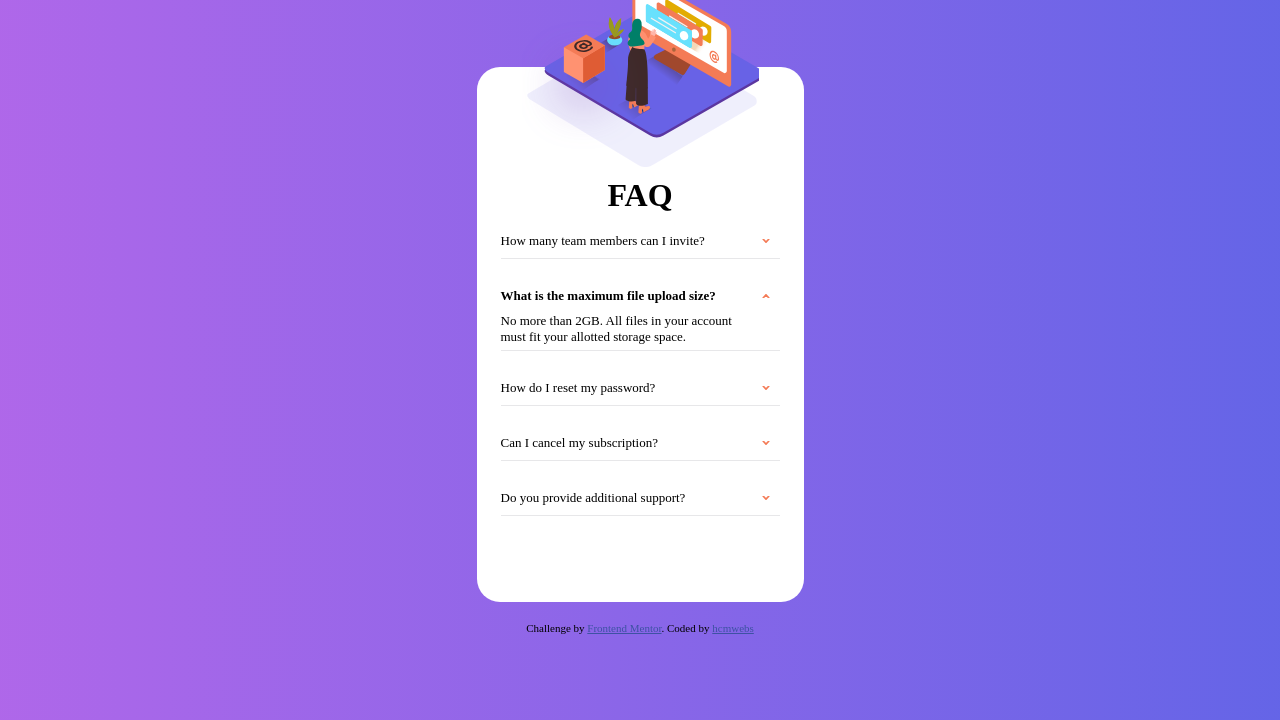
Repository: Hcmwebs/faq-accordion-card
Page: index.html
These files come from the project's save history. The page is drawn as it stood at one moment and after the next save; the edit follows.
The browser window is 1280 px wide. The pictures show the whole page.
The style sheet was rebuilt from its Sass, Less or Tailwind sources for each picture, by a compiler version that may differ from the author's.

Above is the page before, as saved 2020-11-06 12:57:27.

After the next save:
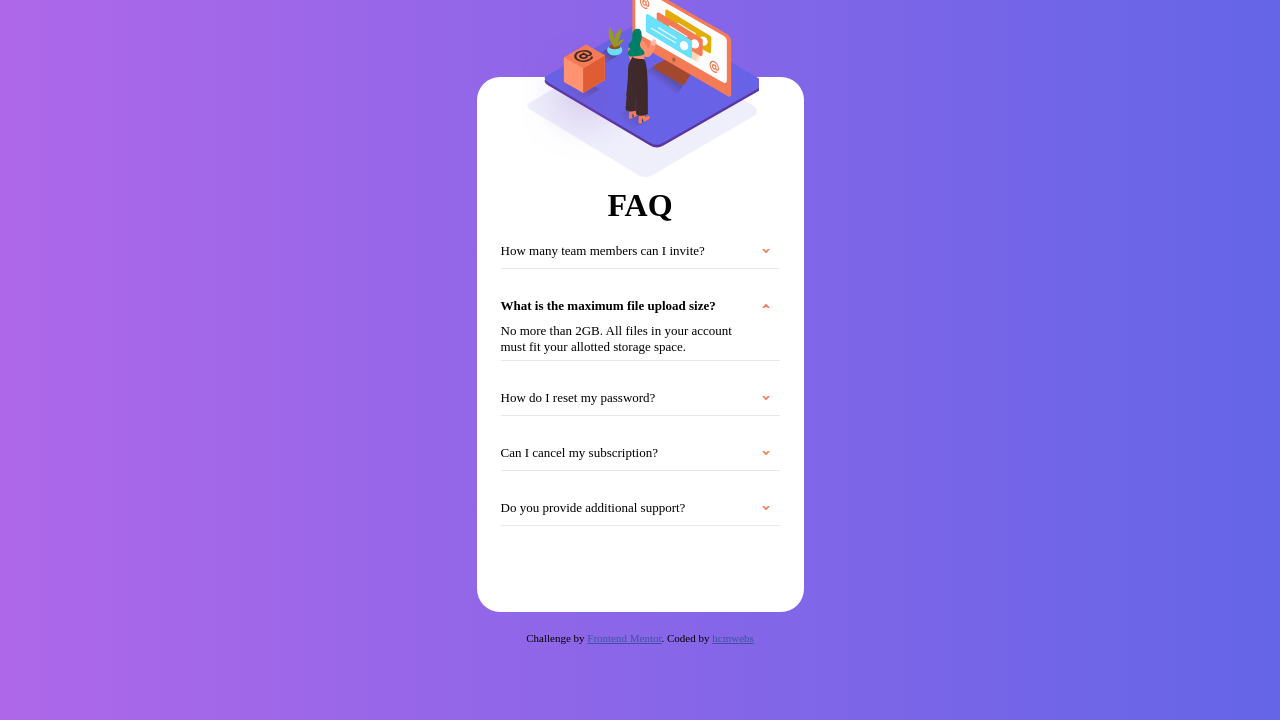
Saved 37 s later.
--- a/scss/main.scss
+++ b/scss/main.scss
@@ -164,7 +164,7 @@ font-weight: $font-light;
   .attribution {
     font-size: 11px;
     text-align: center;
-    margin:20px 0 ;
+    margin-top:20px  ;
 
 
   }
